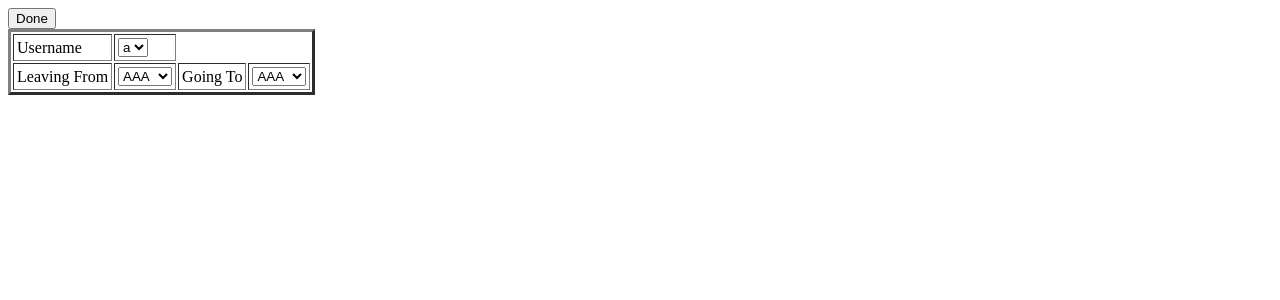
Repository: Pheazon/data_management
Page: http://localhost/cs336Final/customerFlightChanges.jsp
An editor plug-in stored every save of this project. The page is shown before and after the next save, followed by the edit.
The browser window is 1280 px wide. The pictures show the whole page.
The page is served by Tomcat 9. The database holds what the project's SQL file puts in it.

Above is the page before, as saved 2019-12-11 19:23:00.

After the next save:
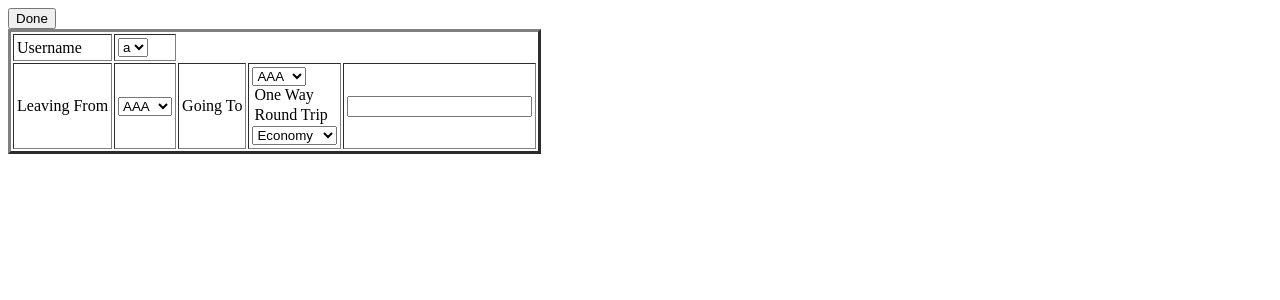
Saved 60 s later.
--- a/cs336Final/WebContent/customerFlightChanges.jsp
+++ b/cs336Final/WebContent/customerFlightChanges.jsp
@@ -70,6 +70,20 @@
 				<%
 			}
 			%>
+
+			<select name = "Type" size = 1>
+			<option value = "one-way"> One Way </option>
+			<option value = "round-trip"> Round Trip </option>
+
+			</select>
+
+			<select name = "Class" size = 1>
+			<option value = "economy"> Economy </option>
+			<option value = "first"> First Class </option>
+			<option value = "business"> Business </option>
+			</select>
+
+			<td><input type = "text" name = "SpecialMeal"></td>
 			</td>
 
 
